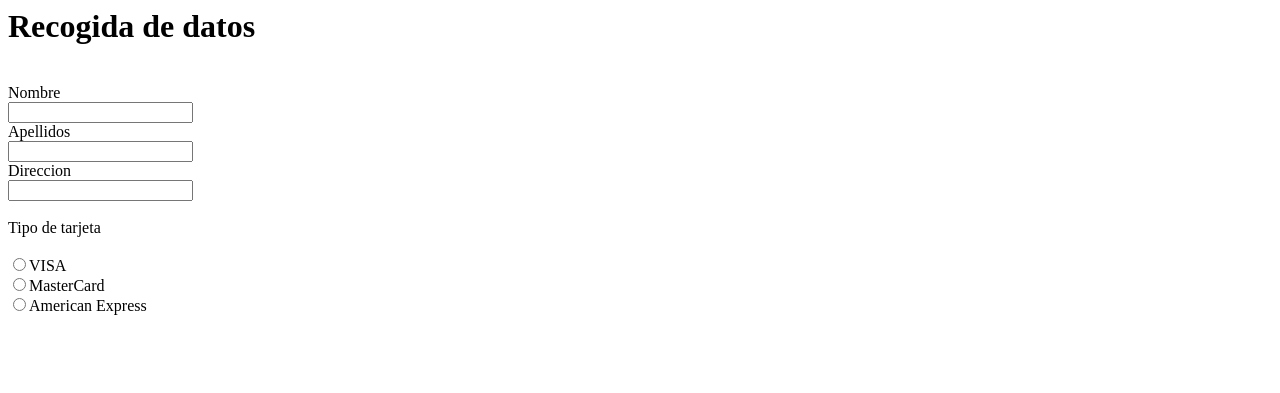
Repository: juvaga2000/eclipsetemp
Page: EjerciciosT1/src/main/webapp/ejer3.html
An editor plug-in stored every save of this project. The page is shown before and after the next save, followed by the edit.
The browser window is 1280 px wide. The pictures show the whole page.

Above is the page before, as saved 2022-10-04 08:48:09.

After the next save:
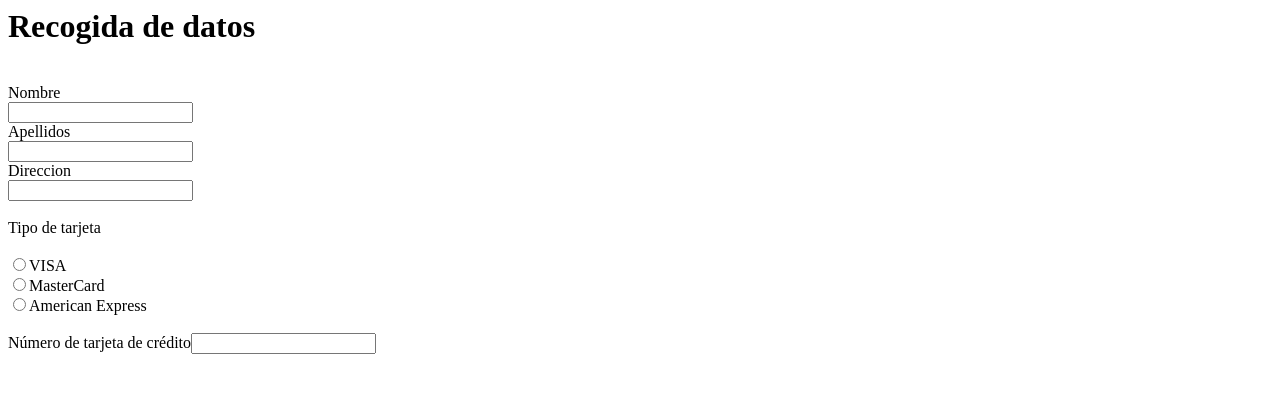
Saved 39 s later.
--- a/EjerciciosT1/src/main/webapp/ejer3.html
+++ b/EjerciciosT1/src/main/webapp/ejer3.html
@@ -18,6 +18,7 @@
 		<input type="radio" name="tarjeta" value="VISA">VISA<br>
 		<input type="radio" name="tarjeta" value="MasterCard">MasterCard<br>
 		<input type="radio" name="tarjeta" value="American Express">American Express<br><br>
+		Número de tarjeta de crédito<input type="text" name="apellidos" value="">
 	</form>
 </body>
 </html>
